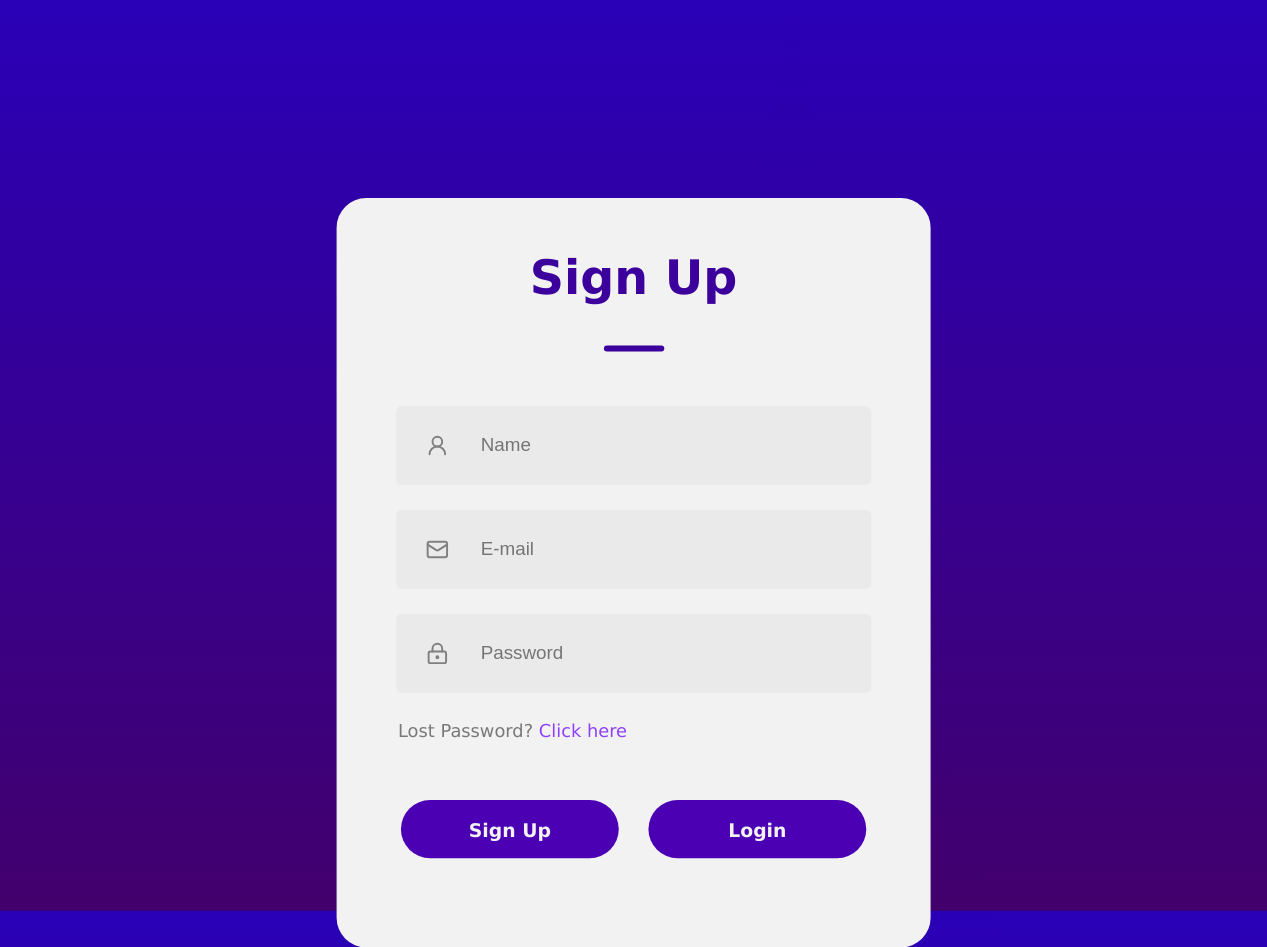
Repository: guilhermecardoso93/login-page
Page: /
The author's editor kept a copy of each file at every save. The page is drawn from the files as they stood at one save, then again after the next save.
The browser window is 1280 px wide. The pictures show the whole page, at 99% of full size.
The project was rebuilt for these pictures with package versions that can differ from the ones it lists, and the page was loaded fresh each time. Also part of the build but not shown: vite.config.js.

Above is the page before, as saved 2024-10-22 19:38:31.

After the next save:
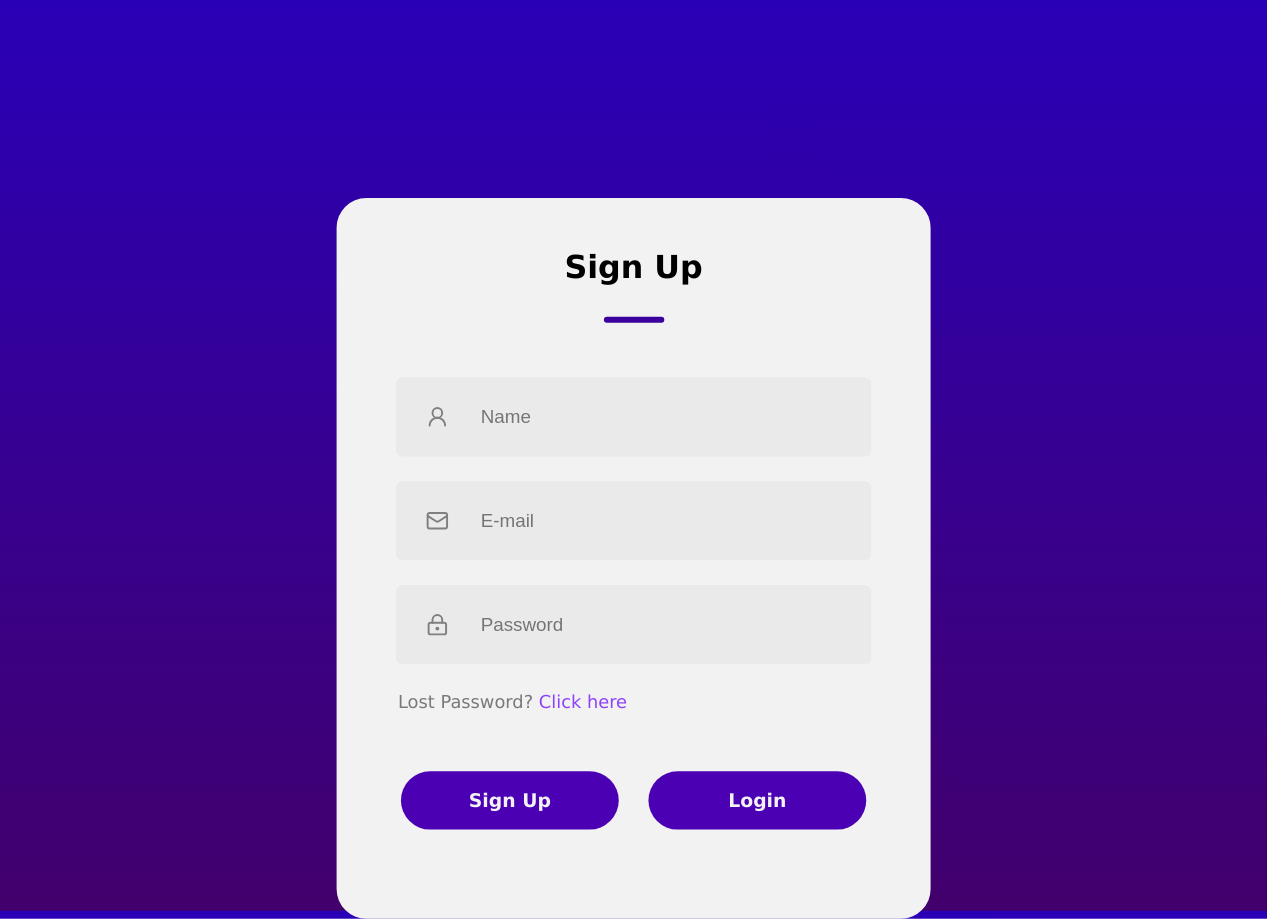
Saved 8 s later.
--- a/src/components/Login/Login.css
+++ b/src/components/Login/Login.css
@@ -15,10 +15,10 @@ header {
   align-items: center;
   gap: 9px;
   width: 100%;
-  margin-top: 20px;
+  margin-top: 30px;
 }
 
-header h1 {
+header span {
   color: #3c009d;
   font-size: 48px;
   font-weight: 700;
